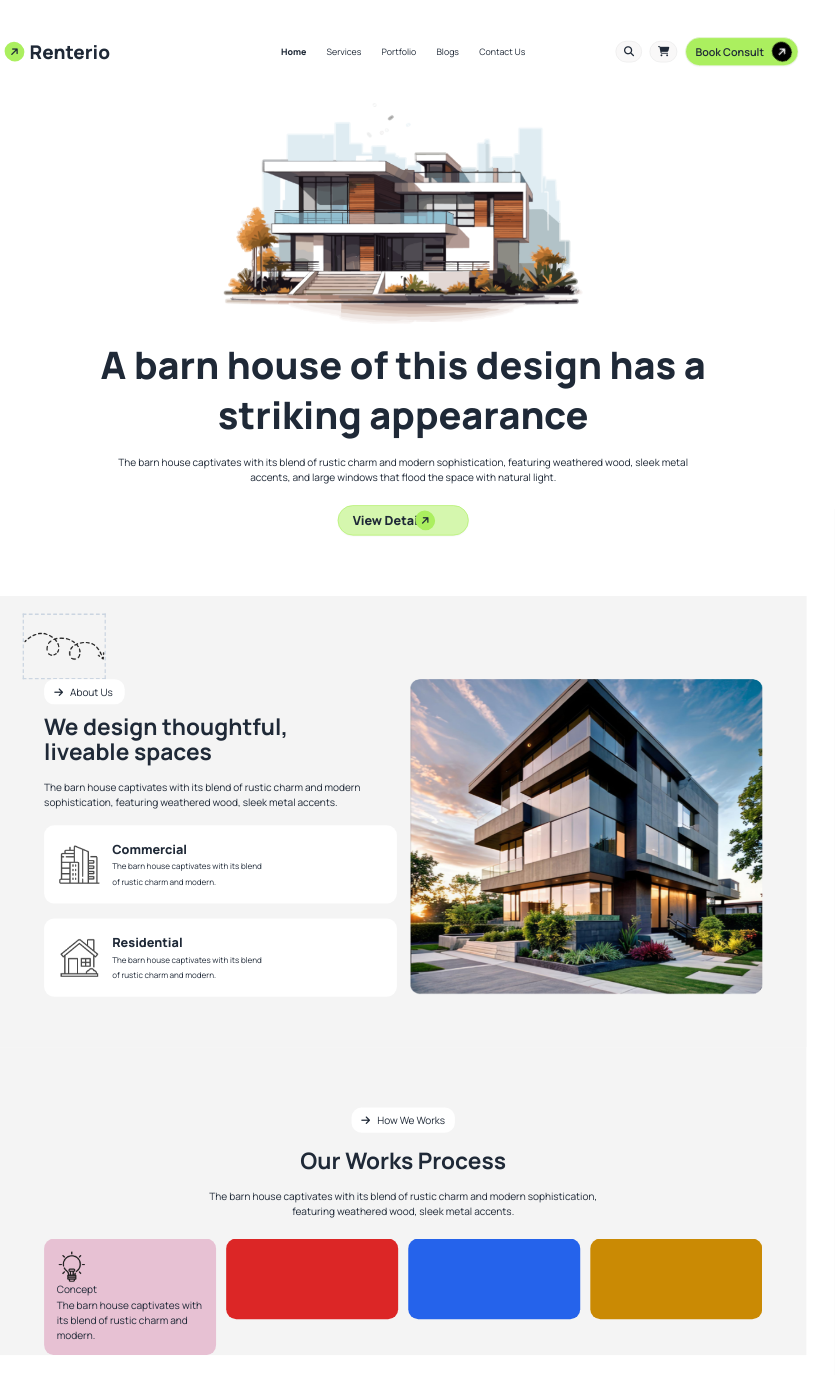
Repository: Tanvir4312/assignment-03
Page: index.html
These files come from the project's save history. The page is drawn as it stood at one moment and after the next save; the edit follows.
The browser window is 1280 px wide. The page is 1325 px wide, so the pictures cover 1325 px, including what lies to the right of the window. The pictures show the whole page, at 63% of full size.
Some web libraries are served in a nearby version.

Above is the page before, as saved 2024-10-30 17:24:45.

### index.html
<!DOCTYPE html>
<html lang="en">

<head>
    <meta charset="UTF-8">
    <meta name="viewport" content="width=device-width, initial-scale=1.0">
    <title>Renterio</title>
    <link rel="stylesheet" href="styles/styles.css">
    <!-- DaisyUI -->
    <link href="https://cdn.jsdelivr.net/npm/daisyui@4.12.14/dist/full.min.css" rel="stylesheet" type="text/css" />
    <script src="https://cdn.tailwindcss.com"></script>
    <!-- Icon -->
    <link rel="stylesheet" href="https://cdnjs.cloudflare.com/ajax/libs/font-awesome/6.6.0/css/all.min.css"
        integrity="sha512-Kc323vGBEqzTmouAECnVceyQqyqdsSiqLQISBL29aUW4U/M7pSPA/gEUZQqv1cwx4OnYxTxve5UMg5GT6L4JJg=="
        crossorigin="anonymous" referrerpolicy="no-referrer" />

    <script>
        tailwind.config = {
            theme: {
                extend: {
                    colors: {
                        clifford: '#da373d',
                        bgBtnColor: '#ABEF5F',
                        btnTextAndWorksTextColor: '#1C1C1C',
                        mainColor: '#212121',
                        secondaryColor: '#494949',

                    }
                }
            }
        }
    </script>
</head>

<body class="manrope-font">
    <header>
        <!-- Navbar -->
        <nav class="container mx-auto">
            <div class="navbar relative py-14">
                <div class="navbar-start">
                    <div class="absolute right-0">
                        <div class="dropdown">
                            <div tabindex="0" role="button"
                                class="btn btn-ghost mr-2 lg:hidden border border-[rgba(233,233,233)] rounded-full bg-[#f9f8f8]">
                                <svg xmlns="http://www.w3.org/2000/svg" class="h-5 w-5" fill="none" viewBox="0 0 24 24"
                                    stroke="currentColor">
                                    <path stroke-linecap="round" stroke-linejoin="round" stroke-width="2"
                                        d="M4 6h16M4 12h8m-8 6h16" />
                                </svg>
                            </div>
                            <div class="absolute -left-20">
                                <ul tabindex=""
                                    class="menu menu-sm dropdown-content bg-base-100 rounded-box z-[1] p-2 shadow w-32">
                                    <li><a>Home</a></li>
                                    <li><a>Services</a></li>
                                    <li><a>Portfolio</a></li>
                                    <li><a>Blogs</a></li>
                                    <li><a>Contact Us</a></li>
                                </ul>
                            </div>
                        </div>
                    </div>
                    <i class="fa-solid fa-arrow-right -rotate-45 bg-bgBtnColor p-2 rounded-full	"></i>
                    <a class="btn btn-ghost font-extrabold text-3xl pl-2">Renterio</a>
                </div>
                <div class="navbar-center hidden lg:flex">
                    <ul class="menu menu-horizontal px-1">
                        <li><a class="font-extrabold">Home</a></li>
                        <li><a>Services</a></li>
                        <li><a>Portfolio</a></li>
                        <li><a>Blogs</a></li>
                        <li><a>Contact Us</a></li>
                    </ul>
                </div>

                <div class="navbar-end hidden md:block">
                    <div class="flex justify-end">
                        <div class="flex items-center gap-3 mr-2">
                            <div class="px-3 py-1 border border-[rgba(233,233,233)] rounded-full bg-[#f9f8f8]">
                                <i class="fa-solid fa-magnifying-glass"></i>
                            </div>
                            <div class="px-3 py-1 border border-[rgba(233,233,233)] rounded-full bg-[#f9f8f8]">
                                <i class="fa-solid fa-cart-shopping"></i>
                            </div>
                        </div>
                        <div class="relative ">
                            <button class="btn bg-bgBtnColor rounded-3xl pr-14 text-lg font-semibold">Book
                                Consult</button>
                            <i
                                class="fa-solid fa-arrow-right -rotate-45 bg-black text-white p-2 rounded-full absolute top-2 right-4 "></i>
                        </div>
                    </div>
                </div>
            </div>
        </nav>
        <!-- Banner -->
        <section class="banner text-center">
            <!-- Banner Image -->
            <div class="flex justify-center px-14">
                <img src="./assets/banner.png" alt="">
            </div>
            <!-- Banner Text -->
            <div class="mt-6">
                <h1 class="text-3xl md:text-6xl font-extrabold md:leading-[80px]">A barn house of this design
                    has a <br>striking appearance
                </h1>
                <p class="mt-6 mb-8 px-5">The barn house captivates with its blend of rustic charm and modern
                    sophistication,
                    featuring weathered wood, sleek metal <br> accents, and large windows that flood the space with
                    natural light.</p>
                <!-- Banner Button -->
                <div class="relative flex px-2 md:justify-center md:items-center">
                    <div class="w-full text-start md:text-center">
                        <button
                            class="btn border border-[rgba(171,239,95)] bg-[rgba(171,239,95,0.5)] rounded-3xl mainColor text-xl font-extrabold pr-14 l w-full md:w-52">View
                            Details</button>
                    </div>
                    <div>
                        <i
                            class="fa-solid fa-arrow-right -rotate-45 bg-bgBtnColor p-2 rounded-full absolute bottom-2 right-[590px]"></i>

                        <i
                            class="md:hidden absolute top-3 right-20 fa-solid fa-arrow-right -rotate-45 bg-bgBtnColor p-2 rounded-full"></i>
                    </div>
                </div>
            </div>
        </section>
    </header>

    <main class="bg-[#F4F4F4]">
        <!-- Commercial and Residential Section -->
        <section class="bg-[#F4F4F4] md:my-24 my-5 pt-7 pb-5 md:pb-20">
            <!-- Vector Image -->
            <img class="hidden md:block border-dashed border-2 border-slate-300 py-7 ml-9" src="./assets/Vector.png"
                alt="">
            <div class="md:w-[1140px] mx-auto grid md:grid-cols-2 grid-cols-1 gap-5 p-4 md:p-0">
                <div>
                    <!-- About Us Button -->
                    <div class="flex justify-center md:flex-col">
                        <div class="bg-white w-32 py-2 px-4 rounded-2xl">
                            <i class="fa-solid fa-arrow-right pr-2"></i>
                            <button>About Us</button>
                        </div>
                    </div>
                    <!-- Text -->
                    <div class="mt-4 md:text-start text-center">
                        <h1 class="text-2xl md:text-4xl font-bold mainColor mb-6">We design thoughtful, <br> liveable
                            spaces
                        </h1>
                        <p class="secondaryColor">The barn house captivates with its blend of rustic charm and
                            modern sophistication, featuring weathered wood, sleek metal accents.</p>
                    </div>

                    <div class="flex md:items-center gap-5 my-6 bg-white p-6 rounded-2xl">
                        <!-- Image -->
                        <div>
                            <img src="./assets/commercial.png" alt="">
                        </div>
                        <!-- Text -->
                        <div>
                            <h3 class="text-xl font-extrabold">Commercial</h3>
                            <p><small>The barn house captivates with its blend <br> of rustic charm and modern.</small>
                            </p>
                        </div>
                    </div>
                    <div class="flex md:items-center gap-5 bg-white p-6 rounded-2xl">
                        <!-- Image -->
                        <div>
                            <img src="./assets/residential.png" alt="">
                        </div>
                        <!-- Text -->
                        <div>
                            <h3 class="text-xl font-extrabold">Residential</h3>
                            <p><small>The barn house captivates with its blend <br> of rustic charm and modern.</small>
                            </p>
                        </div>
                    </div>

                </div>
                <!-- Image -->
                <div>
                    <img class="h-60 w-full md:h-[500px]" src="./assets/Rectangle.png" alt="">
                </div>
            </div>
        </section>

        <!-- Works Process section -->
        <section class="md:w-[1140px] mx-auto px-4 md:px-0">
            <div class="flex justify-center">
                <div class="bg-white py-2 px-4 rounded-2xl">
                    <i class="fa-solid fa-arrow-right pr-2"></i>
                    <button>How We Works</button>
                </div>
            </div>
            <div class="text-center">
                <h1 class="py-4 md:py-6 text-2xl md:text-4xl font-bold">Our Works Process</h1>
                <p>The barn house captivates with its blend of rustic charm and modern sophistication, <br> featuring
                    weathered wood, sleek metal accents.</p>
            </div>
            <div class="card grid grid-cols-1 md:grid-cols-4 gap-4 my-8">
                <div class="bg-[rgba(231,193,211)] rounded-2xl p-5">
                    <img src="./assets/concept.png" alt="">
                    <h4>Concept</h4>
                    <p>The barn house captivates with its blend of rustic charm and modern.</p>
                </div>
                <div class="bg-red-600 h-32 rounded-2xl"></div>
                <div class="bg-blue-600 h-32 rounded-2xl"></div>
                <div class="bg-yellow-600 h-32 rounded-2xl"></div>
            </div>
        </section>
    </main>

</body>

</html>

### styles/styles.css
/* Font */
@import url('https://fonts.googleapis.com/css2?family=Manrope:wght@200..800&display=swap');


.manrope-font {
  font-family: "Manrope", sans-serif;


}

After the next save:
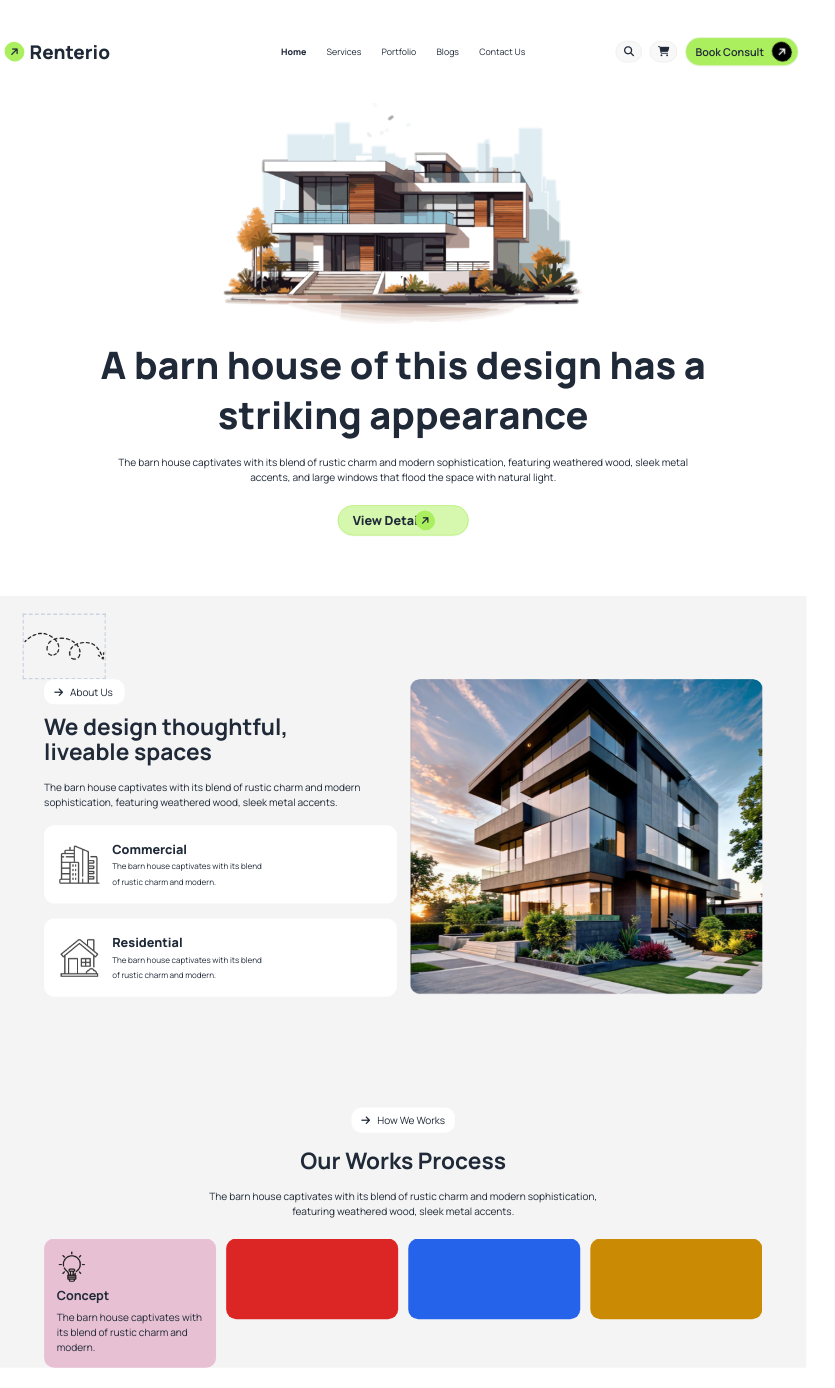
Saved 54 s later.
--- a/index.html
+++ b/index.html
@@ -200,7 +200,7 @@
             <div class="card grid grid-cols-1 md:grid-cols-4 gap-4 my-8">
                 <div class="bg-[rgba(231,193,211)] rounded-2xl p-5">
                     <img src="./assets/concept.png" alt="">
-                    <h4>Concept</h4>
+                    <h4 class="py-2 text-xl font-bold">Concept</h4>
                     <p>The barn house captivates with its blend of rustic charm and modern.</p>
                 </div>
                 <div class="bg-red-600 h-32 rounded-2xl"></div>
